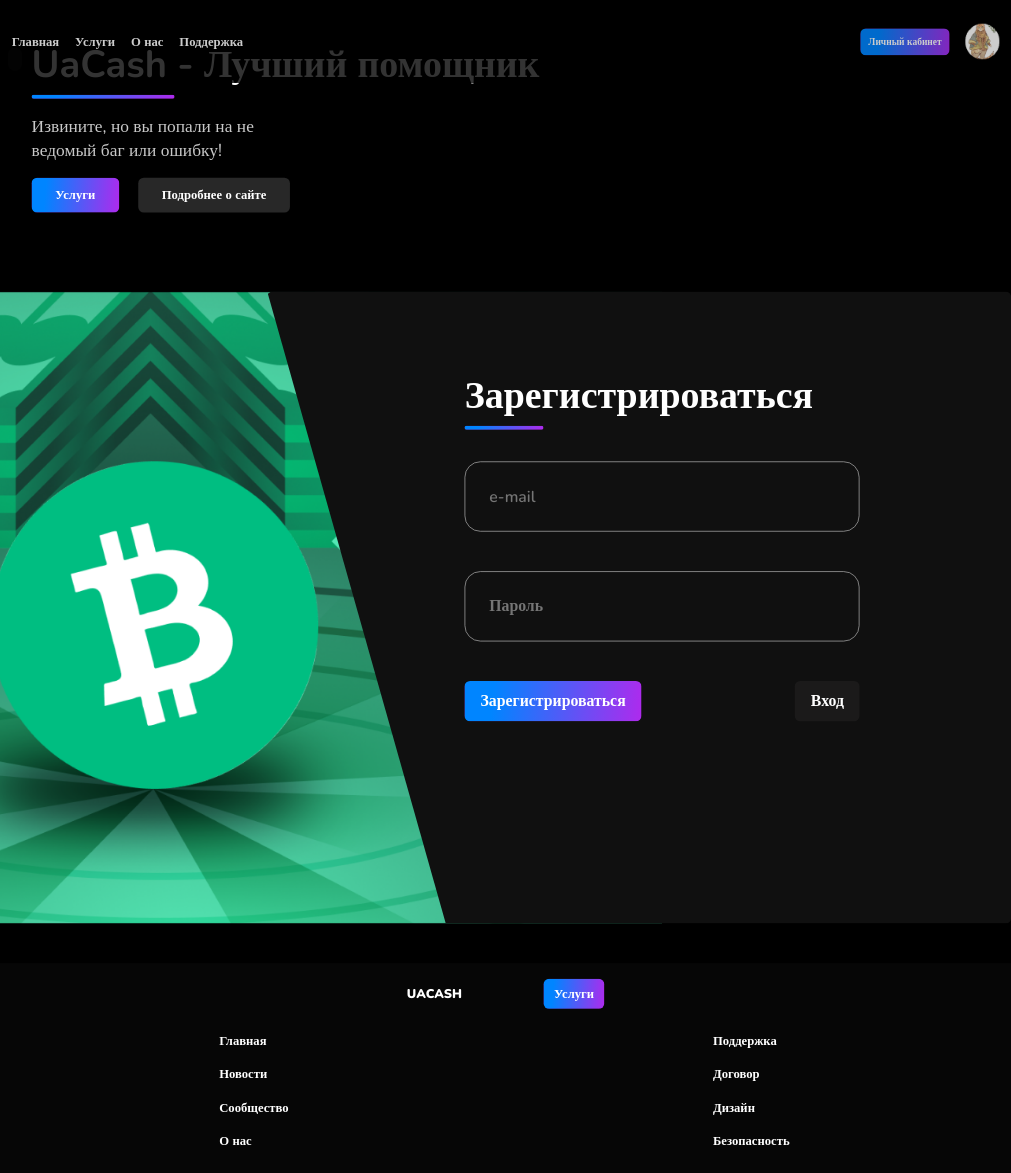
Repository: HunterAkeriano/ua-cash
Page: 404.html
An editor plug-in stored every save of this project. The page is shown before and after the next save, followed by the edit.
The browser window is 1280 px wide. The pictures show the whole page, at 79% of full size.
The style sheet was rebuilt from its Sass, Less or Tailwind sources for each picture, by a compiler version that may differ from the author's.

Above is the page before, as saved 2023-02-26 12:47:02.
Console error: ReferenceError: Swiper is not defined

After the next save:
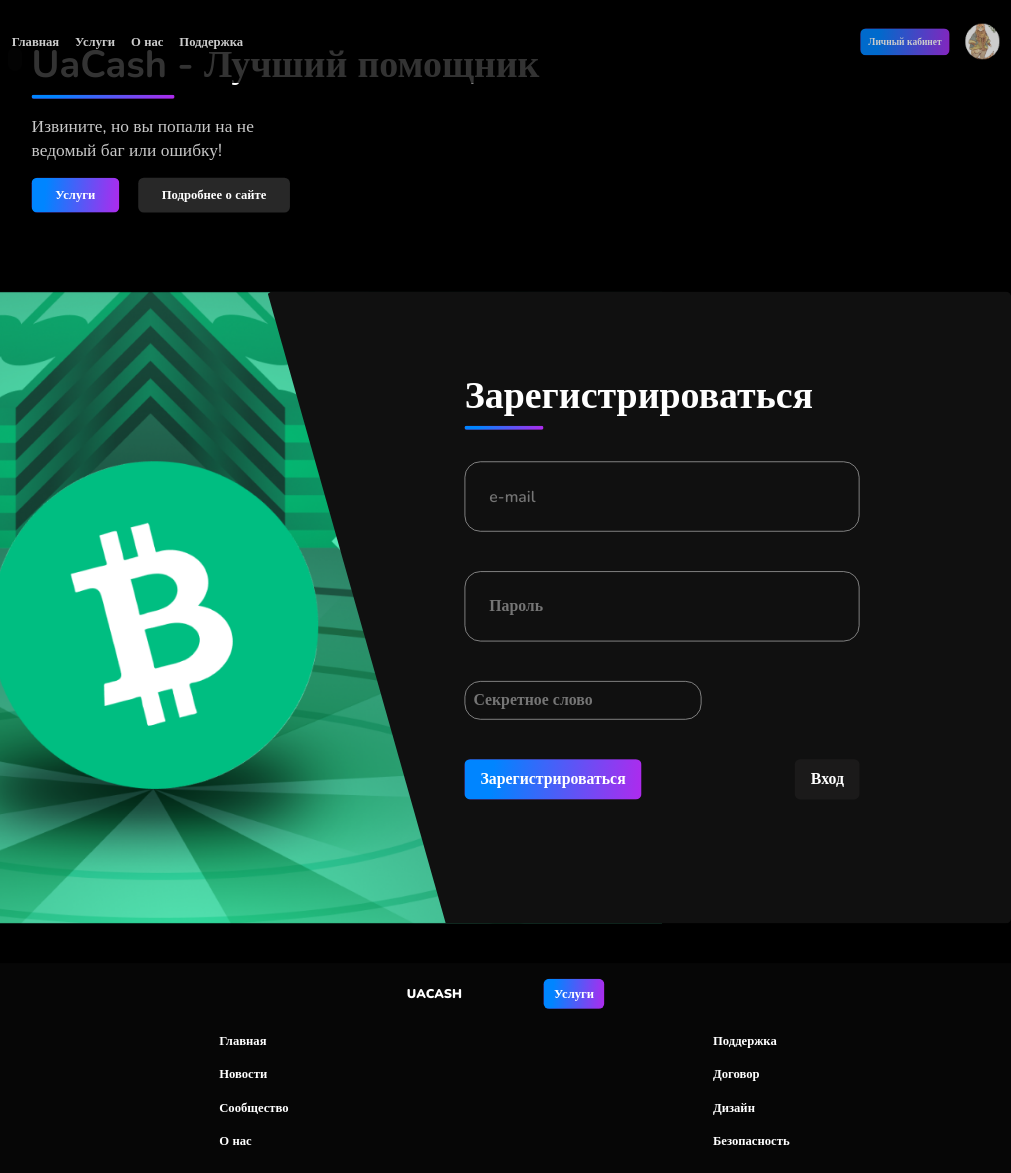
Saved 39 s later.
--- a/404.html
+++ b/404.html
@@ -77,24 +77,27 @@
 
                         <!-- форма для регистрации -->
 
-                    <form action="/">
-                        <h3>Зарегистрироваться</h3>
-                        <div class="inp">
-                            <input name="sign_up_login" type="email" placeholder="e-mail">
-                        </div>
-                        <div class="inp">
-                            <input  name="sign_up_password" type="password" placeholder="Пароль">
-                        </div>
+                        <form action="php/handlers/hand_butt.php" method="POST">
+                            <h3>Зарегистрироваться</h3>
+                            <div class="inp">
+                                <input name="sign_up_login" type="email" placeholder="e-mail" required>
+                            </div>
+                            <div class="inp">
+                                <input  name="sign_up_password" type="password" placeholder="Пароль" required>
+                            </div>
+                            <div class="inp sec">
+                                <input name="code_verb"  name="sign_up_password" type="text" placeholder="Секретное слово" required>
+                            </div>
 
 
-                        <!-- для формы заменить ссылку на кнопку,
-                        делаю как костыль для показа -->
-                        <div class="btn">
-                            <button name="sign_up_button" type="submit">Зарегистрироваться</button>
-                            <button name="sign_in_button" type="submit">Вход</button>
-                        </div>
+                            <!-- для формы заменить ссылку на кнопку,
+                            делаю как костыль для показа -->
+                            <div class="btn">
+                                <button name="sign_up_button" type="submit">Зарегистрироваться</button>
+                                <button name="sign_in_button" type="submit">Вход</button>
+                            </div>
 
-                    </form>
+                        </form>
                 </div>
 
                 </div>
